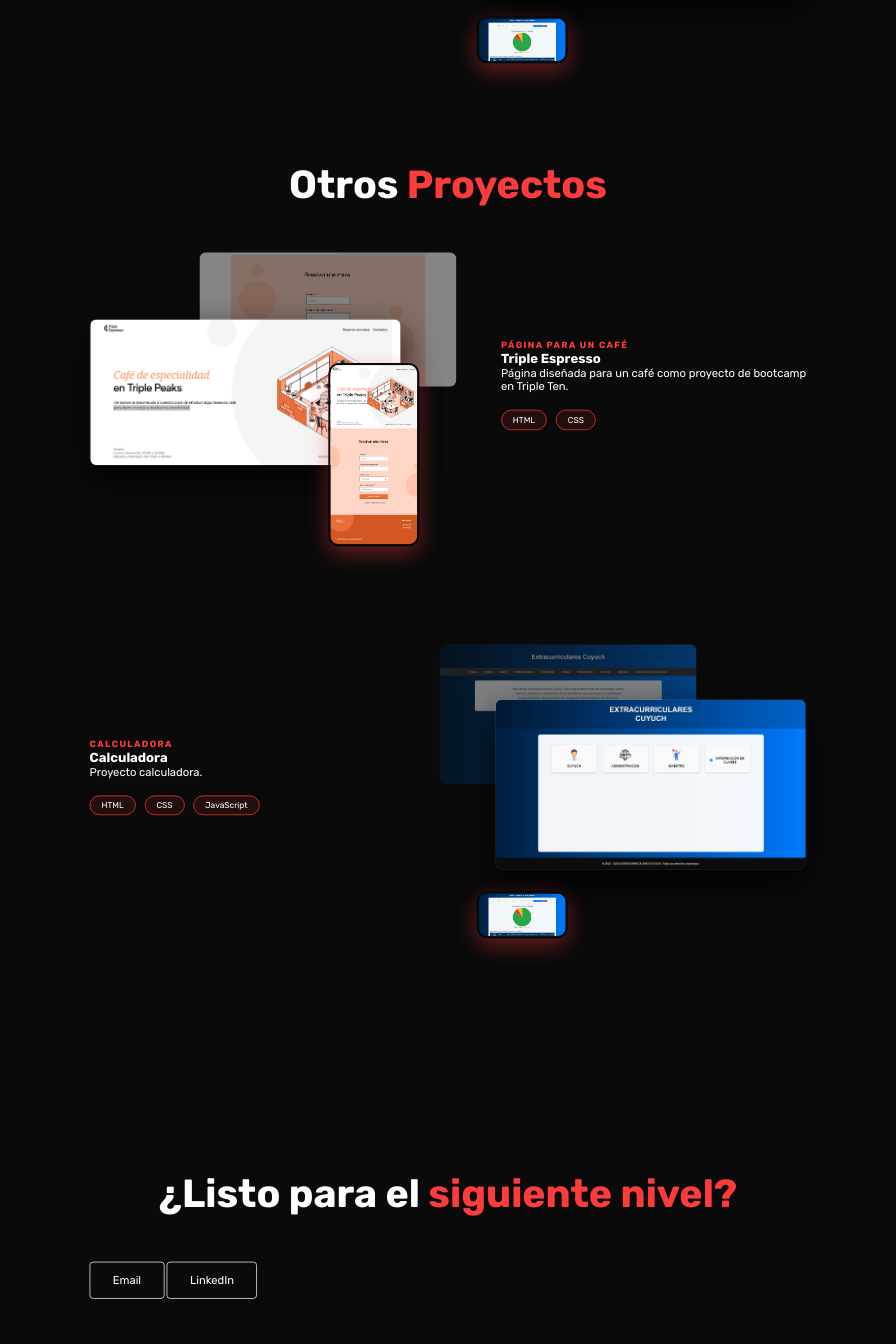
Repository: hercules830/Mi-portfolio-profesional
Page: index.html
These files come from the project's save history. The page is drawn as it stood at one moment and after the next save; the edit follows.
The browser window is 1280 px wide. The pictures show the part of the page from y = 2708 to 4628 px (the page is 4628 px tall), at 70% of full size.
Some web fonts or font styles are not loaded; a fallback is used.

Above is the page before, as saved 2026-05-30 20:53:06.

After the next save:
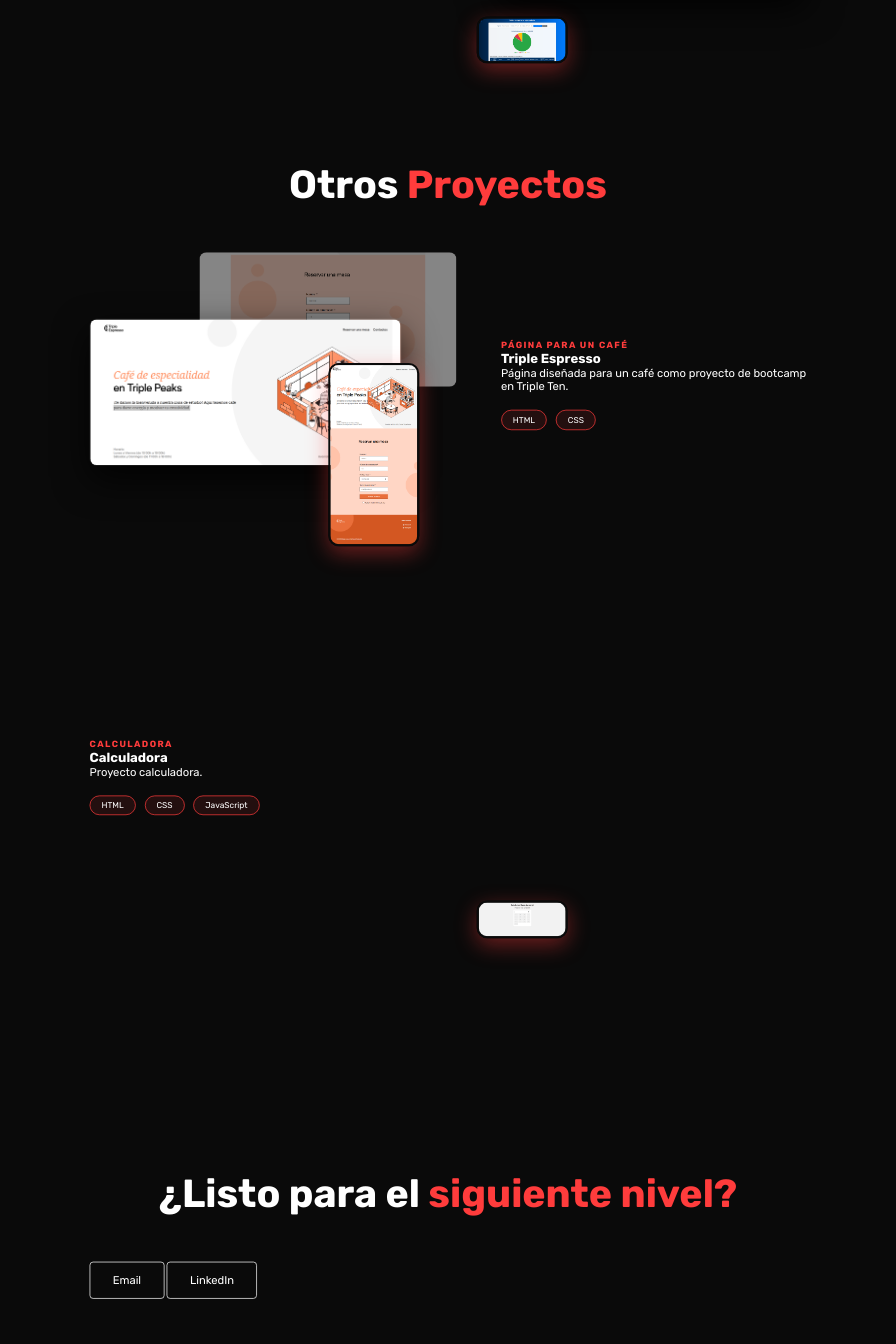
Saved 63 s later.
--- a/index.html
+++ b/index.html
@@ -190,17 +190,7 @@
         </div>
         <div class="featured-img-container">
           <img
-            src="assets/img/projects/indexCuyuch.png"
-            alt="Cuyuch Home"
-            class="img-lead zoomable"
-          />
-          <img
-            src="assets/img/projects/panelCuyuch.png"
-            alt="Cuyuch Admin"
-            class="img-panel zoomable"
-          />
-          <img
-            src="assets/img/projects/graficaCuyuch.png"
+            src="assets/img/projects/calculadora.png"
             alt="Cuyuch Stats"
             class="img-phone zoomable"
           />
